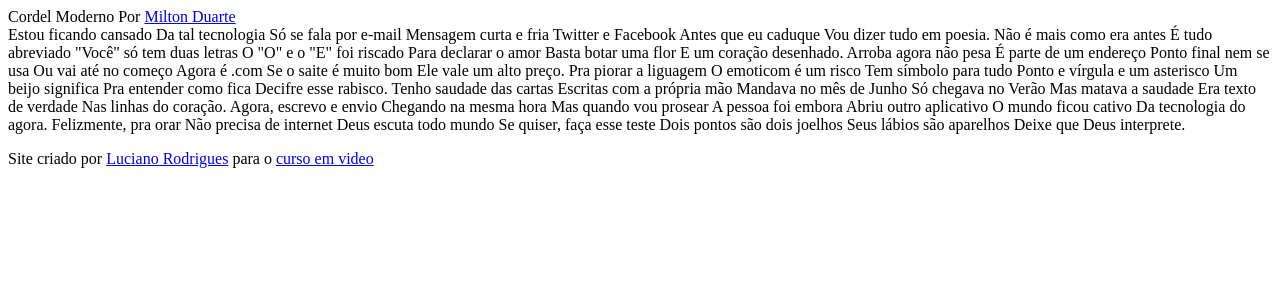
Repository: Lucianorodriguesdev/cursoHTML-CSS
Page: dasafios/index.html
An editor plug-in stored every save of this project. The page is shown before and after the next save, followed by the edit.
The browser window is 1280 px wide. The pictures show the whole page.

Above is the page before, as saved 2026-06-17 08:44:59.

After the next save:
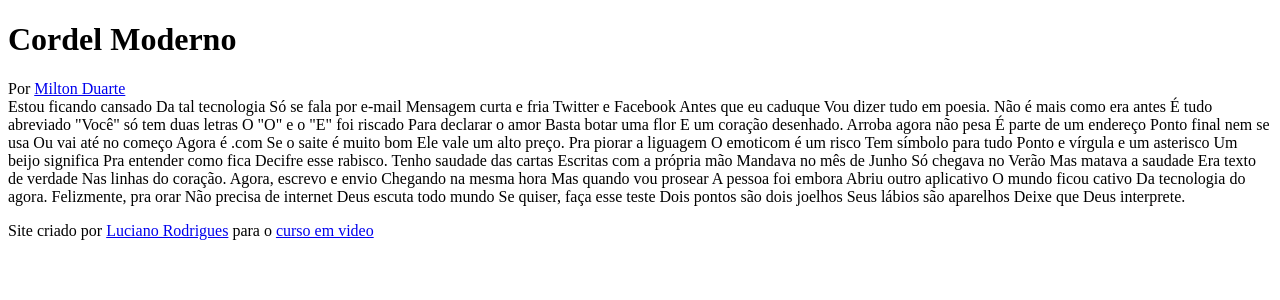
Saved 30 s later.
--- a/dasafios/index.html
+++ b/dasafios/index.html
@@ -7,7 +7,7 @@
 </head>
 <body>
     <header>
-        Cordel Moderno
+        <h1>Cordel Moderno</h1>
         Por <a href="https://www.recantodasletras.com.br/poesias/3186743" target="_blank">Milton Duarte</a>
 
     </header>
